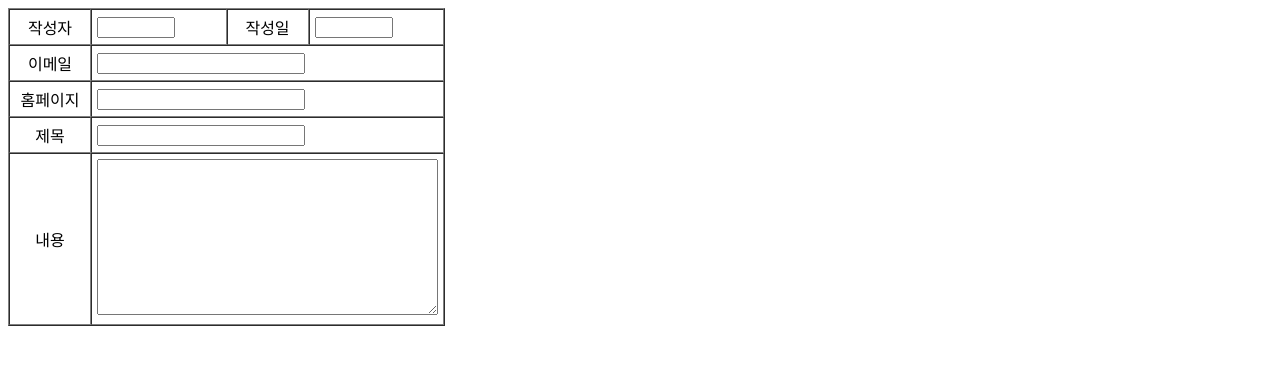
Repository: kimsuel/java-ee-practice
Page: guestbookservlet/WebContent/guestbook/guestbookList.html
The author's editor kept a copy of each file at every save. The page is drawn from the files as they stood at one save, then again after the next save.
The browser window is 1280 px wide. The pictures show the whole page.

Above is the page before, as saved 2018-06-20 07:43:12.

After the next save:
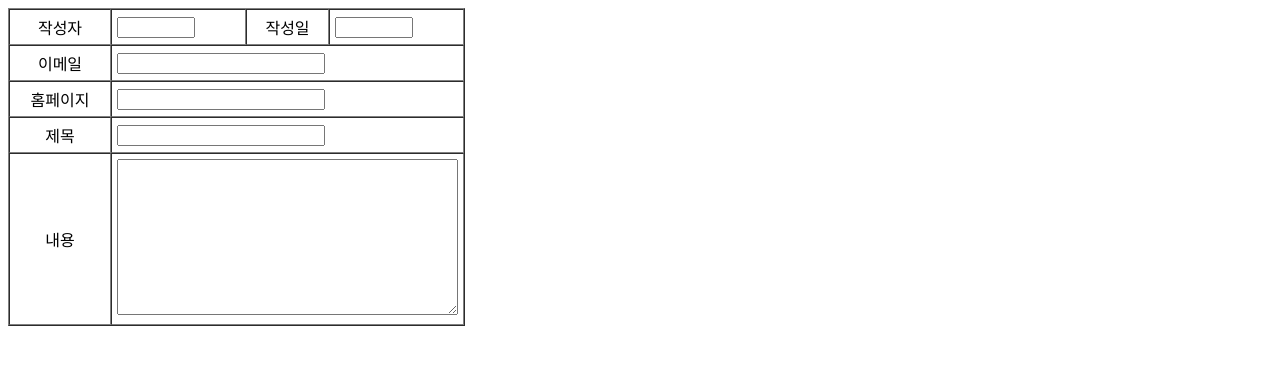
Saved 14 s later.
--- a/guestbookservlet/WebContent/guestbook/guestbookList.html
+++ b/guestbookservlet/WebContent/guestbook/guestbookList.html
@@ -7,9 +7,9 @@
 <body>
 	<table border="1" cellpadding="5" cellspacing="0">
 			<tr>
-				<td width="70" align="center">작성자</td>
+				<td width="90" align="center">작성자</td>
 				<td><input type="text" name="email" style="width:70px"></td>
-				<td width="70" align="center">작성일</td>
+				<td align="center">작성일</td>
 				<td><input type="text" name="email" style="width:70px"></td>
 			</tr>
 			<tr>
